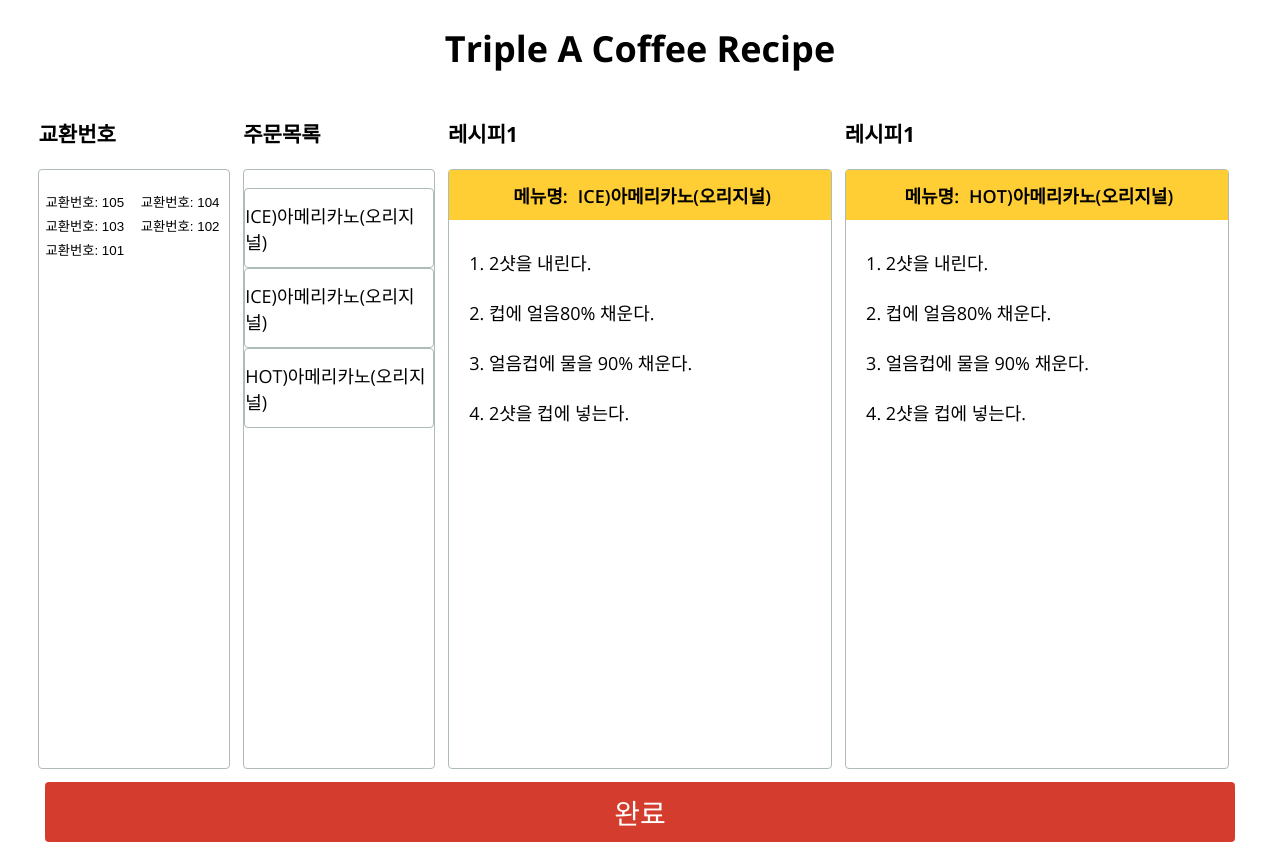
Repository: leebo-ram/tripleacoffee
Page: recipe/recipe.html
The author's editor kept a copy of each file at every save. The page is drawn from the files as they stood at one save, then again after the next save.
The browser window is 1280 px wide. The pictures show the whole page.
Some web libraries are served in a nearby version.

Above is the page before, as saved 2023-01-07 20:49:43.

### recipe/recipe.html
<!DOCTYPE html>
<html lang="en">

<head>
  <meta charset="UTF-8">
  <meta http-equiv="X-UA-Compatible" content="IE=edge">
  <meta name="viewport" content="width=device-width, initial-scale=1.0">
  <title>recipe(레시피)</title>
  <meta name="description"
    content="tripleacoffee Portfolio for world-renowned software engineer Lee Bo-ram and Byeon Sang-woo">

  <link rel="icon" type="image/png" href="../img/0_logo/logo_h.jpg" />

  <!-- 무료icon 적용하기 -->
  <script src="https://kit.fontawesome.com/24a94e1bce.js" crossorigin="anonymous"></script>


  <!-- 글씨체 적용하기 -->
  <link href="https://fonts.googleapis.com/css2?family=Open+Sans:wght@400;600;700&display=swap" rel="stylesheet">
  <!-- css(font-글씨체) : font-family: 'Open Sans', sans-serif;-->

  <link rel="stylesheet" href="../style2.css">
  <script src="../main.js" defer></script>


</head>

<body>
  <div id="recipe_title">
    <h1>Triple A Coffee Recipe</h1>
  </div>

  <section id="recipe">
    <div class="orderNum_box">
      <h3>교환번호</h3>
      <div class="orderNum">
        <ul>
          <button>교환번호: 105</button>
          <button>교환번호: 104</button>
          <button>교환번호: 103</button>
          <button>교환번호: 102</button>
          <button>교환번호: 101</button>
        </ul>
      </div>
    </div>

    <div class="orderList_box">
      <h3>주문목록</h3>
      <div class="orderList">
        <ul>
          <li>ICE)아메리카노(오리지널)</li>
          <li>ICE)아메리카노(오리지널)</li>
          <li>HOT)아메리카노(오리지널)</li>
        </ul>
      </div>
    </div>

    <div class=" recipe1_box">
      <h3>레시피1</h3>
      <div class="recipe1">
        <div>메뉴명: <span>ICE)아메리카노(오리지널)</span></div>
        <ol>
          <li>2샷을 내린다.</li>
          <li>컵에 얼음80% 채운다.</li>
          <li>얼음컵에 물을 90% 채운다.</li>
          <li>2샷을 컵에 넣는다.</li>
        </ol>
      </div>
    </div>

    <div class="recipe2_box">
      <h3>레시피1</h3>
      <div class="recipe2">
        <div>메뉴명: <span>HOT)아메리카노(오리지널)</span></div>
        <ol>
          <li>2샷을 내린다.</li>
          <li>컵에 얼음80% 채운다.</li>
          <li>얼음컵에 물을 90% 채운다.</li>
          <li>2샷을 컵에 넣는다.</li>
        </ol>
      </div>
    </div>
  </section>

  <div class="cooked">
    <button>
      <p>완료</p>
    </button>
  </div>
</body>

</html>

Loaded but not shown: main.js (131 lines, source omitted); style2.css (1409 lines, source omitted)

After the next save:
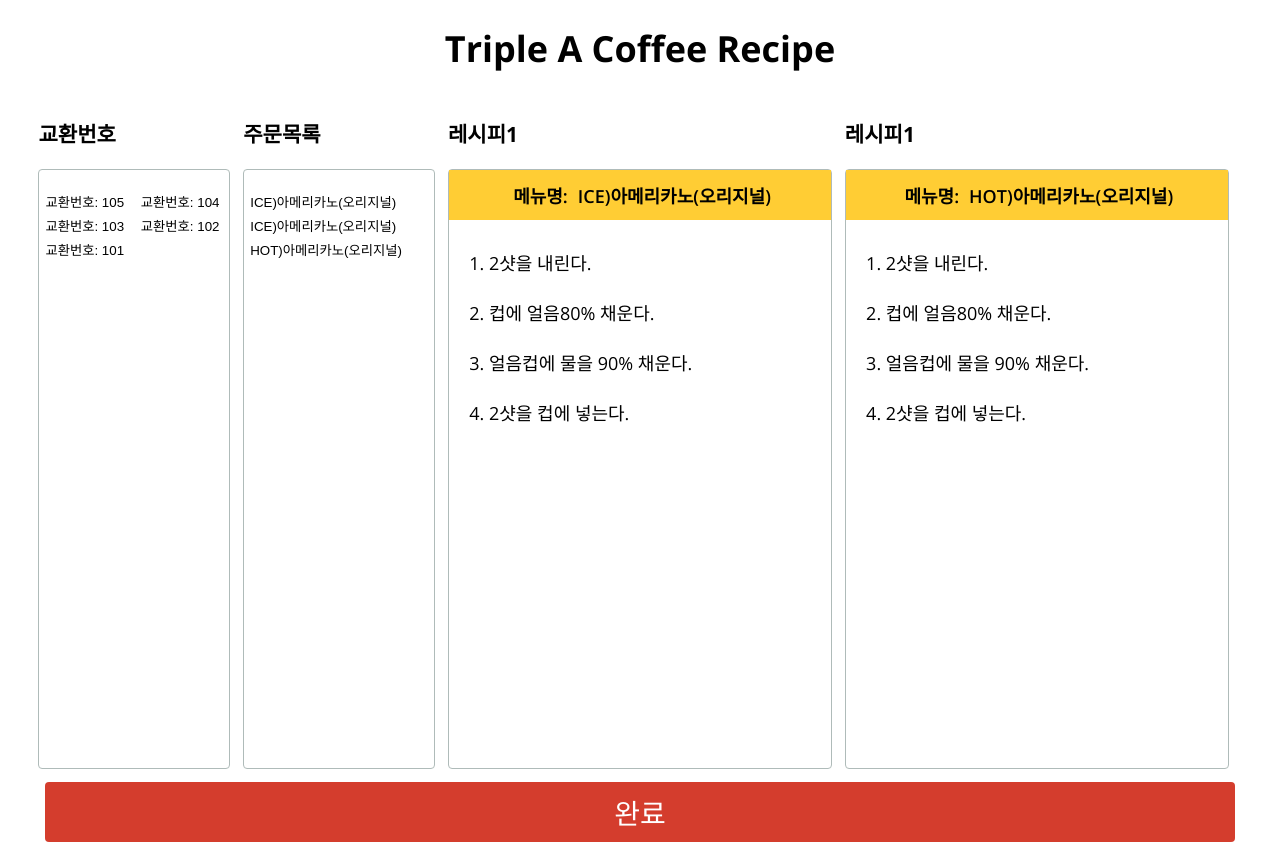
Saved 9 s later.
--- a/recipe/recipe.html
+++ b/recipe/recipe.html
@@ -48,9 +48,9 @@
       <h3>주문목록</h3>
       <div class="orderList">
         <ul>
-          <li>ICE)아메리카노(오리지널)</li>
-          <li>ICE)아메리카노(오리지널)</li>
-          <li>HOT)아메리카노(오리지널)</li>
+          <button>ICE)아메리카노(오리지널)</button>
+          <button>ICE)아메리카노(오리지널)</button>
+          <button>HOT)아메리카노(오리지널)</button>
         </ul>
       </div>
     </div>
